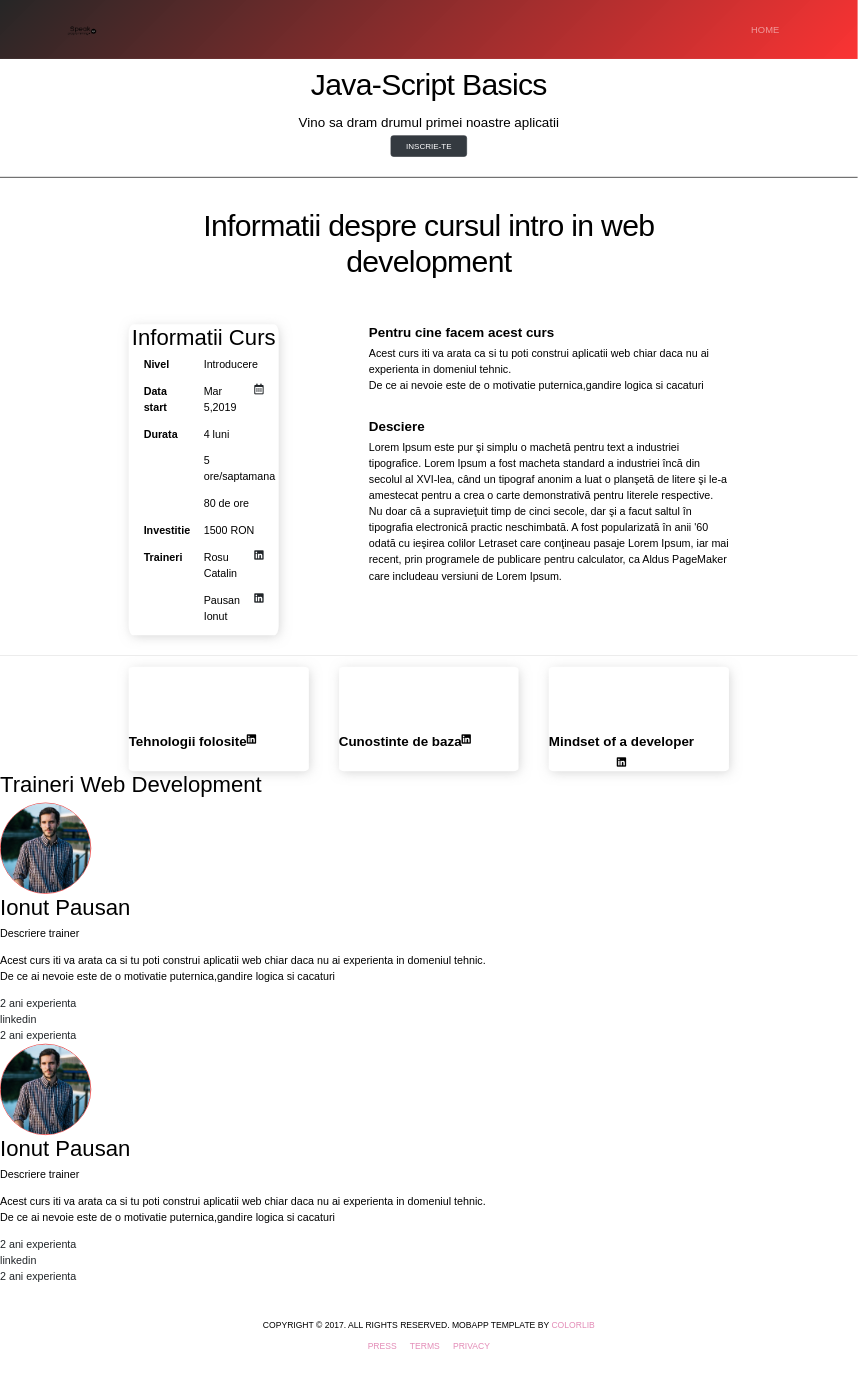
Repository: RosuCatalinDorin/ITSchool
Page: detaliiCurs/views/detalii-curs.html
The author's editor kept a copy of each file at every save. The page is drawn from the files as they stood at one save, then again after the next save.
The browser window is 1280 px wide. The pictures show the whole page, at 67% of full size.
Some web libraries are served in a nearby version.

Above is the page before, as saved 2019-03-12 07:24:10.

After the next save:
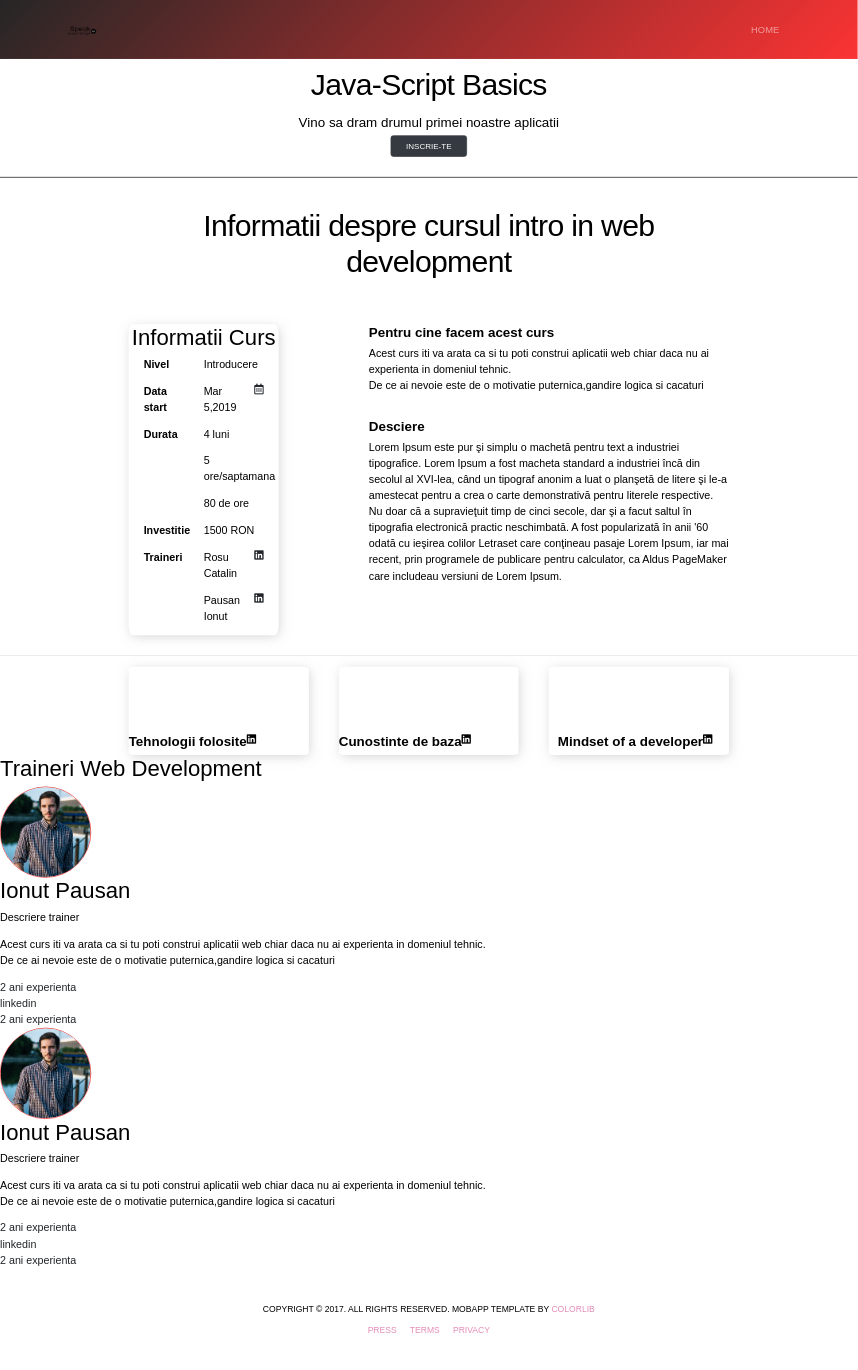
Saved 56 s later.
--- a/detaliiCurs/css/detalii-curs.css
+++ b/detaliiCurs/css/detalii-curs.css
@@ -108,7 +108,7 @@
 .programa-curs-header {
     color: black;
     display: flex;
-    margin:auto;
+
 }
 
 .programa-curs-header h4{
@@ -117,7 +117,8 @@
 }
 
 .programa-curs-header div{
-    width: 90%
+    display: flex;
+    width: 90%;
     margin: auto;
 }
 

After the 2 saves that followed:
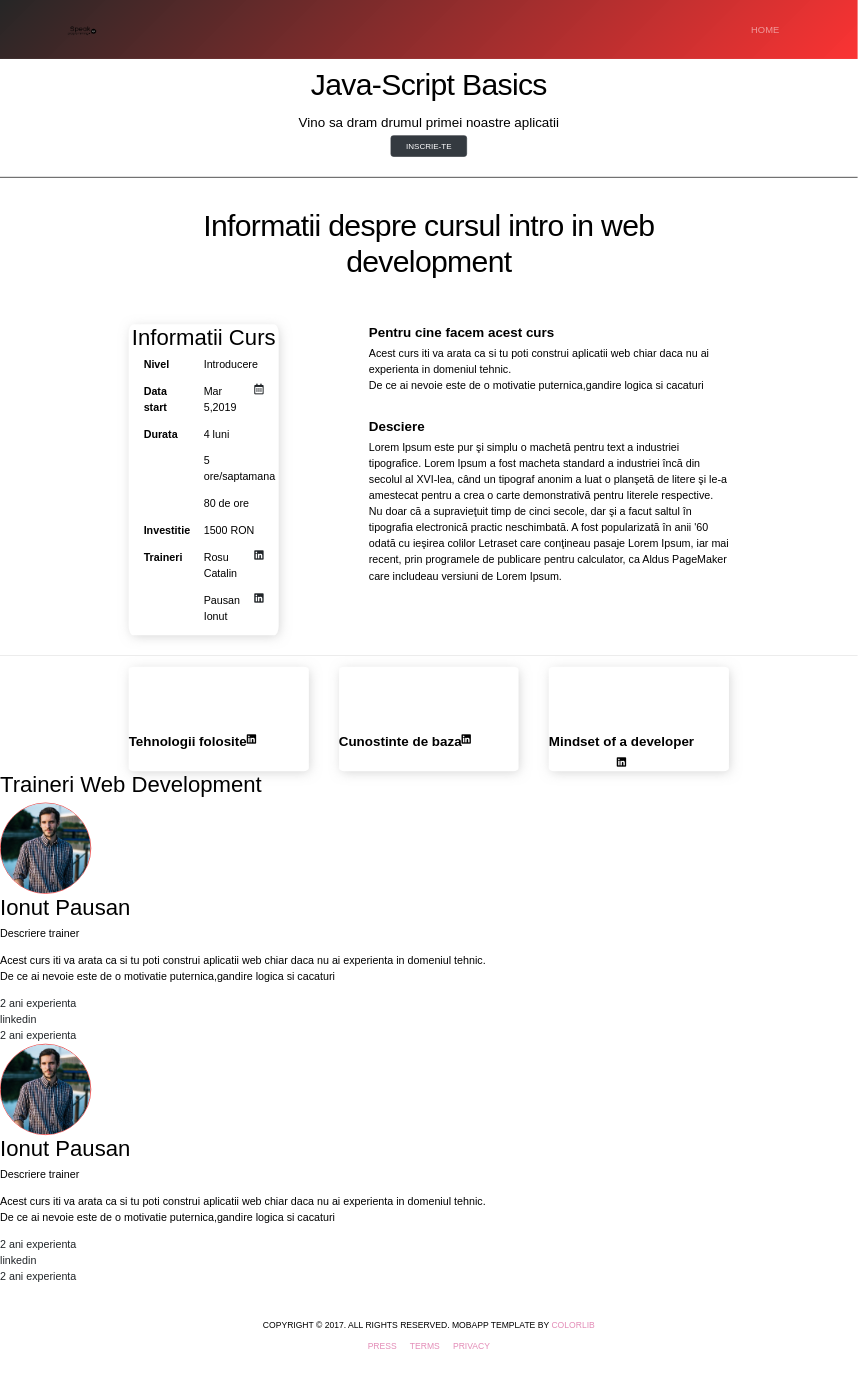
The 2 saves are shown as one change because they came seconds apart.
The last was saved 83 s later.
--- a/detaliiCurs/css/detalii-curs.css
+++ b/detaliiCurs/css/detalii-curs.css
@@ -108,7 +108,7 @@
 .programa-curs-header {
     color: black;
     display: flex;
-
+    margin:auto;
 }
 
 .programa-curs-header h4{
@@ -116,10 +116,4 @@
     font-weight: bold;
 }
 
-.programa-curs-header div{
-    display: flex;
-    width: 90%;
-    margin: auto;
-}
-
 /* PROGRAMA CURS ENDS */
